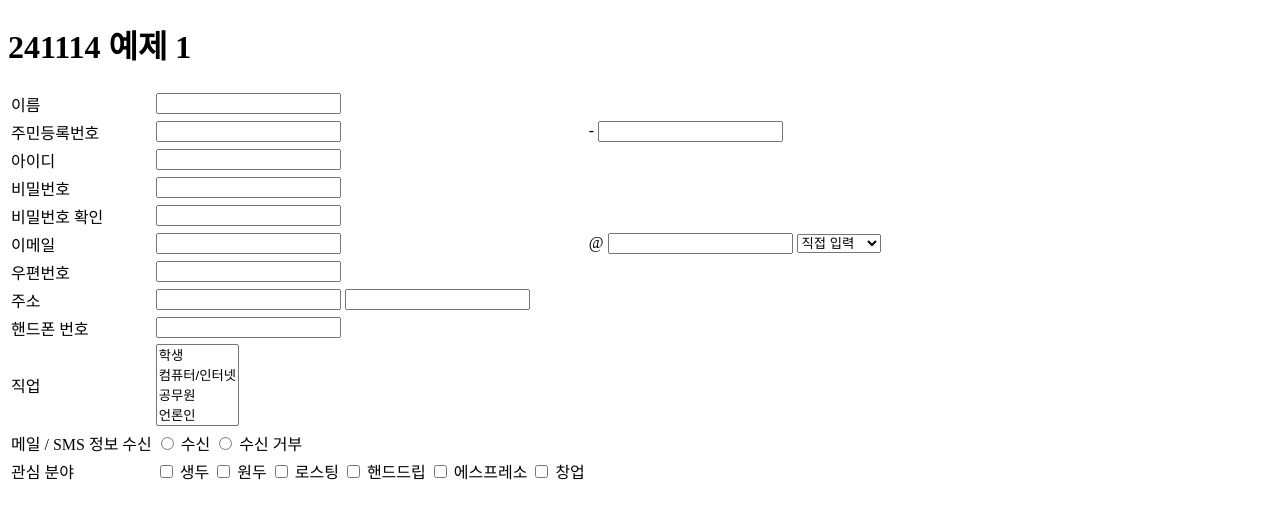
Repository: jsunnypi/JSP
Page: http://localhost/Test/inputForm.jsp
These files come from the project's save history. The page is drawn as it stood at one moment and after the next save; the edit follows.
The browser window is 1280 px wide. The pictures show the whole page.
The page is served by Tomcat 9.

Above is the page before, as saved 2024-11-14 05:06:23.

### Test/src/main/webapp/inputForm.jsp
<%@ page language="java" contentType="text/html; charset=UTF-8"
    pageEncoding="UTF-8"%>
<!DOCTYPE html>
<html>
<head>
<meta charset="UTF-8">
<title>Insert title here</title>
</head>
<body>
	<h1>241114 예제 1</h1>
	<form method="post" action="inputlist.jsp">
		<table>
			<tr>
				<td> 이름 </td>
				<td>
					<input type="text" name="name" >
				</td>
			</tr>

			<tr>
				<td> 주민등록번호 </td>
				<td>
					<input type="text" name="bd">
				</td>
				<td> -
					<input type="password" name="bd" >
				</td>
			</tr>

			<tr>
				<td> 아이디 </td>
				<td>
					<input type="text" name="id" >
				</td>
			</tr>

			<tr>
				<td> 비밀번호 </td>
				<td>
					<input type="password" name="pw" >
				</td>
			</tr>

			<tr>
				<td> 비밀번호 확인 </td>
				<td>
					<input type="password" name="pwcheck" >
				</td>
			</tr>

			<tr>
				<td> 이메일 </td>
				<td>
					<input type="text" name="email" >
				</td>
				<td> @
					<input type="text" name="com" >
				</td>
				<td>
					<select id="email" name="com" size="1">
						<option value="직접">직접 입력</option>
						<option value="네이버">naver.com</option>
						<option value="다음">daum.net</option>
						<option value="구글">gmail.com</option>
						<option value="네이트">nate.com</option>
					</select>
				</td>
			</tr>

			<tr>
				<td> 우편번호 </td>
				<td>
					<input type="text" name="postnumber" >
				</td>
			</tr>

			<tr>
				<td> 주소 </td>
				<td>
					<input type="text" name="addr" >

					<input type="text" name="addr2" >
				</td>
			</tr>

			<tr>
				<td> 핸드폰 번호 </td>
				<td>
					<input type="text" name="phone" >
				</td>
			</tr>

			<tr>
				<td> 직업 </td>
				<td>
					<select size="4">
						<option value="학생">학생</option>
						<option value="컴퓨터/인터넷">컴퓨터/인터넷</option>
						<option value="공무원">공무원</option>
						<option value="언론인">언론인</option>

					</select>
				</td>
			</tr>

			<tr>
				<td> 메일 / SMS 정보 수신</td>
				<td>
					<input type="radio" name="agree" value="ok"> 수신
					<input type="radio" name="agree" value="no"> 수신 거부
				</td>
			</tr>

			<tr>
				<td> 관심 분야 </td>
				<td>
					<input type="checkbox" name="interest" value="1"> 생두
					<input type="checkbox" name="interest" value="2"> 원두
					<input type="checkbox" name="interest" value="3"> 로스팅
					<input type="checkbox" name="interest" value="4"> 핸드드립
					<input type="checkbox" name="interest" value="5"> 에스프레소
					<input type="checkbox" name="interest" value="6"> 창업
				</td>
			</tr>























		</table>

	</form>

</body>
</html>

After the next save:
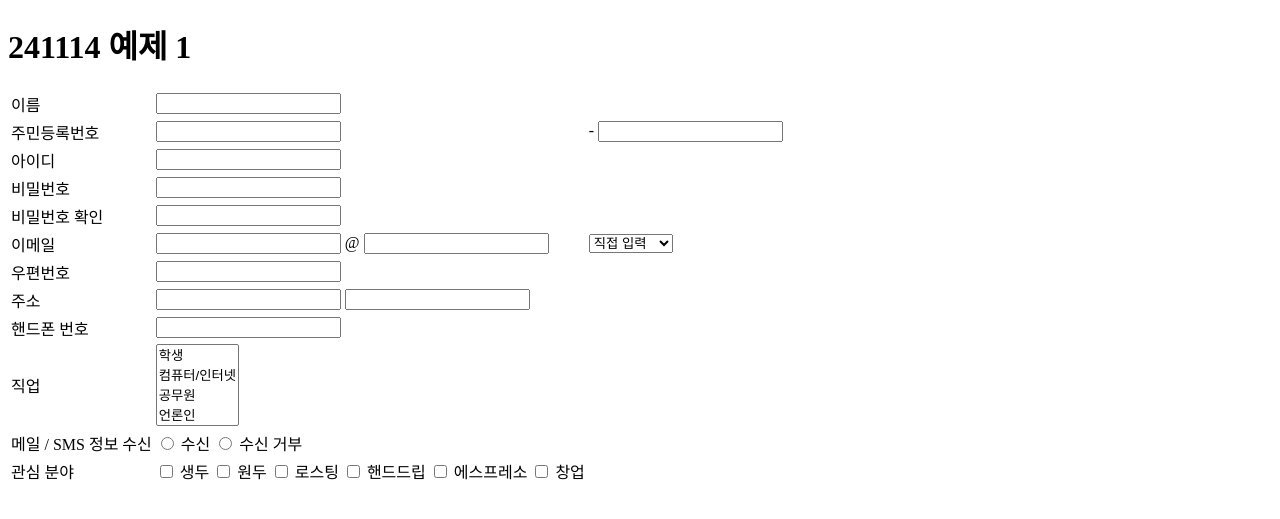
Saved 10 s later.
--- a/Test/src/main/webapp/inputForm.jsp
+++ b/Test/src/main/webapp/inputForm.jsp
@@ -52,8 +52,7 @@
 				<td> 이메일 </td>
 				<td>
 					<input type="text" name="email" >
-				</td>
-				<td> @
+				 @
 					<input type="text" name="com" >
 				</td>
 				<td>
